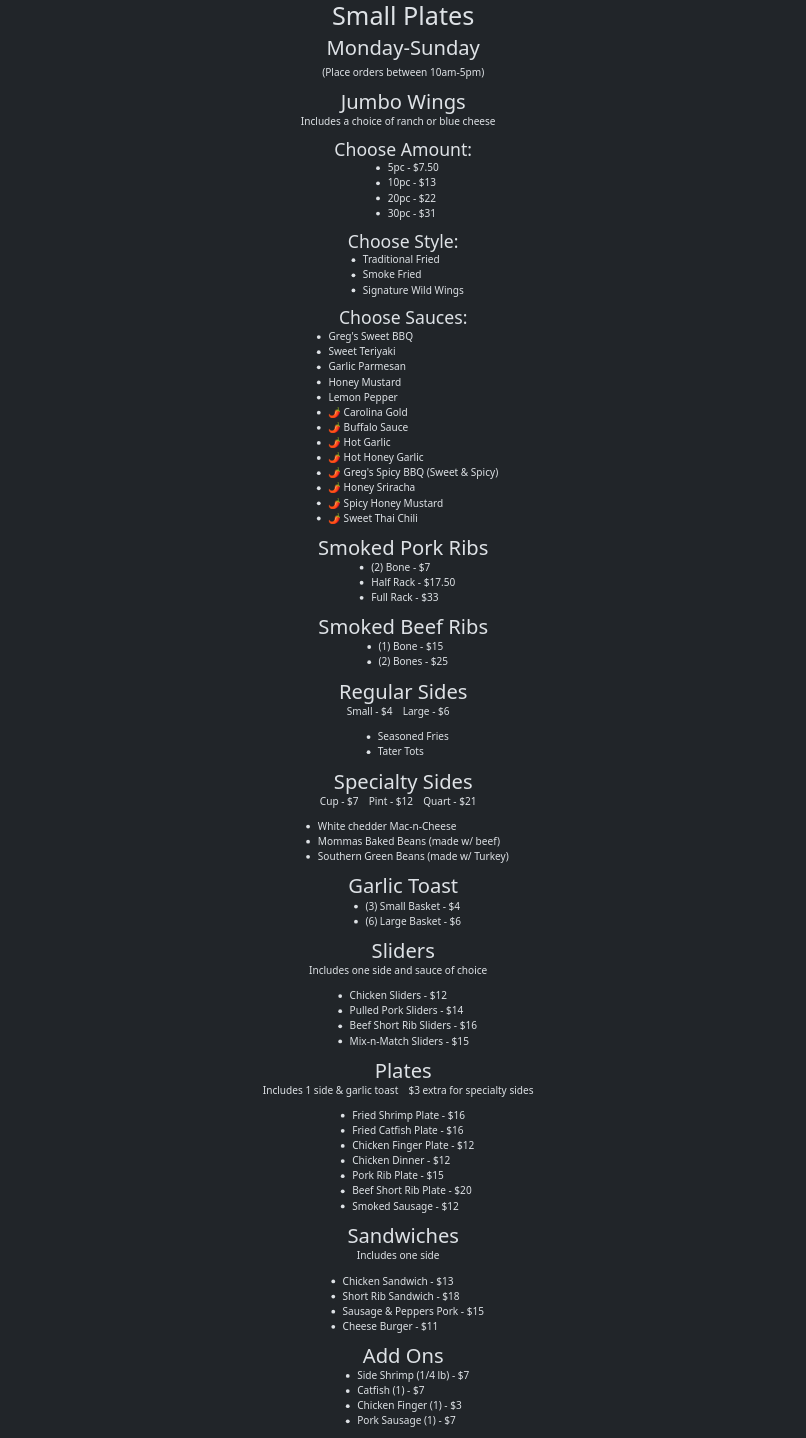
Repository: dukedward/smokehousemenu
Page: plates/index.html
An editor plug-in stored every save of this project. The page is shown before and after the next save, followed by the edit.
The browser window is 1280 px wide. The pictures show the whole page, at 63% of full size.
Some web libraries are served in a nearby version.

Above is the page before, as saved 2023-03-01 09:16:51.

### plates/index.html
<!DOCTYPE html>
<html lang="en" data-bs-theme="dark">
<head>
    <meta charset="UTF-8">
    <meta http-equiv="X-UA-Compatible" content="IE=edge">
    <meta name="viewport" content="wilih=device-wilih, initial-scale=1.0">
    <link rel="stylesheet" href="https://cdnjs.cloudflare.com/ajax/libs/font-awesome/6.3.0/css/all.min.css" integrity="sha512-SzlrxWUlpfuzQ+pcUCosxcglQRNAq/DZjVsC0lE40xsADsfeQoEypE+enwcOiGjk/bSuGGKHEyjSoQ1zVisanQ==" crossorigin="anonymous" referrerpolicy="no-referrer" />
    <link href="https://cdn.jsdelivr.net/npm/bootstrap@5.3.0-alpha1/dist/css/bootstrap.min.css" rel="stylesheet" integrity="sha384-GLhlTQ8iRABdZLl6O3oVMWSktQOp6b7In1Zl3/Jr59b6EGGoI1aFkw7cmDA6j6gD" crossorigin="anonymous">
    <link rel="stylesheet" href="../style.css" />
    <title>Small Plates</title>
</head>
<body>
    <div class="title">
        <h1>Small Plates</h1>
        <h2>Monday-Sunday</h2>
        <p>(Place orders between 10am-5pm)</p>
    </div>
    <div class="sections">
        <div class="sect">
            <h2>Jumbo Wings</h2>
            <div class="desc">
                <p>Includes a choice of ranch or blue cheese</p>
            </div>
            <div class="sub-sect">
                <h3>Choose Amount:</h3>
                <ul>
                    <li>5pc - $7.50</li>
                    <li>10pc - $13</li>
                    <li>20pc - $22</li>
                    <li>30pc - $31</li>
                </ul>
            </div>
            <div class="sub-sect">
                <h3>Choose Style:</h3>
                <ul>
                    <li>Traditional Fried</li>
                    <li>Smoke Fried</li>
                    <li>Signature Wild Wings</li>
                </ul>
            </div>
            <div class="sub-sect">
                <h3>Choose Sauces:</h2>
                <ul>
                    <li>Greg's Sweet BBQ</li>
                    <li>Sweet Teriyaki</li>
                    <li>Garlic Parmesan</li>
                    <li>Honey Mustard</li>
                    <li>Lemon Pepper</li>
                    <li>🌶️ Carolina Gold</li>
                    <li>🌶️ Buffalo Sauce</li>
                    <li>🌶️ Hot Garlic</li>
                    <li>🌶️ Hot Honey Garlic</li>
                    <li>🌶️ Greg's Spicy BBQ (Sweet & Spicy)</li>
                    <li>🌶️ Honey Sriracha</li>
                    <li>🌶️ Spicy Honey Mustard</li>
                    <li>🌶️ Sweet Thai Chili</li>
                </ul>
            </div>
        </div>
        <div class="sect">
            <h2>Smoked Pork Ribs</h2>
            <ul>
                <li>(2) Bone - $7</li>
                <li>Half Rack - $17.50</li>
                <li>Full Rack - $33</li>
            </ul>
        </div>
        <div class="sect">
            <h2>Smoked Beef Ribs</h2>
            <ul>
                <li>(1) Bone - $15</li>
                <li>(2) Bones - $25</li>
            </ul>
        </div>
        <div class="sect">
            <h2>Regular Sides</h2>
            <div class="desc">
                <p>Small - $4</p>
                <p>Large - $6</p>
            </div>
            <ul>
                <li>Seasoned Fries</li>
                <li>Tater Tots</li>
            </ul>
        </div>
        <div class="sect">
            <h2>Specialty Sides</h2>
            <div class="desc">
                <p>Cup - $7</p>
                <p>Pint - $12</p>
                <p>Quart - $21</p>
            </div>
            <ul>
                <li>White chedder Mac-n-Cheese</li>
                <li>Mommas Baked Beans (made w/ beef)</li>
                <li>Southern Green Beans (made w/ Turkey)</li>
            </ul>
        </div>
        <div class="sect">
            <h2>Garlic Toast</h2>
            <ul>
                <li>(3) Small Basket - $4</li>
                <li>(6) Large Basket - $6</li>
            </ul>
        </div>
        <div class="sect">
            <h2>Sliders</h2>
            <div class="desc">
                <p>Includes one side and sauce of choice</p>
            </div>
            <ul>
                <li>Chicken Sliders - $12</li>
                <li>Pulled Pork Sliders - $14</li>
                <li>Beef Short Rib Sliders - $16</li>
                <li>Mix-n-Match Sliders - $15</li>
            </ul>
        </div>
        <div class="sect">
            <h2>Plates</h2>
            <div class="desc">
                <p>Includes 1 side & garlic toast</p>
                <p>$3 extra for specialty sides</p>
            </div>
            <ul>
                <li>Fried Shrimp Plate - $16</li>
                <li>Fried Catfish Plate - $16</li>
                <li>Chicken Finger Plate - $12</li>
                <li>Chicken Dinner - $12</li>
                <li>Pork Rib Plate - $15</li>
                <li>Beef Short Rib Plate - $20</li>
                <li>Smoked Sausage - $12</li>
            </ul>
        </div>
        <div class="sect">
            <h2>Sandwiches</h2>
            <div class="desc">
                <p>Includes one side</p>
            </div>
            <ul>
                <li>Chicken Sandwich - $13</li>
                <li>Short Rib Sandwich - $18</li>
                <li>Sausage & Peppers Pork - $15</li>
                <li>Cheese Burger - $11</li>
            </ul>
        </div>
        <div class="sect">
            <h2>Add Ons</h2>
            <ul>
                <li>Side Shrimp (1/4 lb) - $7</li>
                <li>Catfish (1) - $7</li>
                <li>Chicken Finger (1) - $3</li>
                <li>Pork Sausage (1) - $7</li>
            </ul>
        </div>
    </div>
    <script src="https://cdn.jsdelivr.net/npm/bootstrap@5.3.0-alpha1/dist/js/bootstrap.bundle.min.js" integrity="sha384-w76AqPfDkMBDXo30jS1Sgez6pr3x5MlQ1ZAGC+nuZB+EYdgRZgiwxhTBTkF7CXvN" crossorigin="anonymous"></script>
</body>
</html>

### style.css
/* * {
	margin: 0;
	padding: 0;
} */

/* body {
    background-color: #212529;
}




.title h1,h2,p {
    margin-bottom: 0;
}


dt {
    font-size: medium;
    font-weight: bold;
}

dd {
    margin-bottom: 1rem;
}

h1,h2,h3,ul,li,p {
    color: #fff;
} */

.container {
    height: 100vh;
}

.title {
	display: flex;
	flex-direction: column;
	justify-content: center;
	align-items: center;
}

.sections {
	display: grid;
}

.sect, .sub-sect {
	display: flex;
	flex-direction: column;
	justify-content: left;
	align-items: center;
}

.sect h2,h3 {
    margin-bottom: 0;
}

.desc {
    display: flex;
    flex-direction: row;
    justify-content: space-between;
}

.desc p {
    padding-right: 1rem;
}

After the next save:
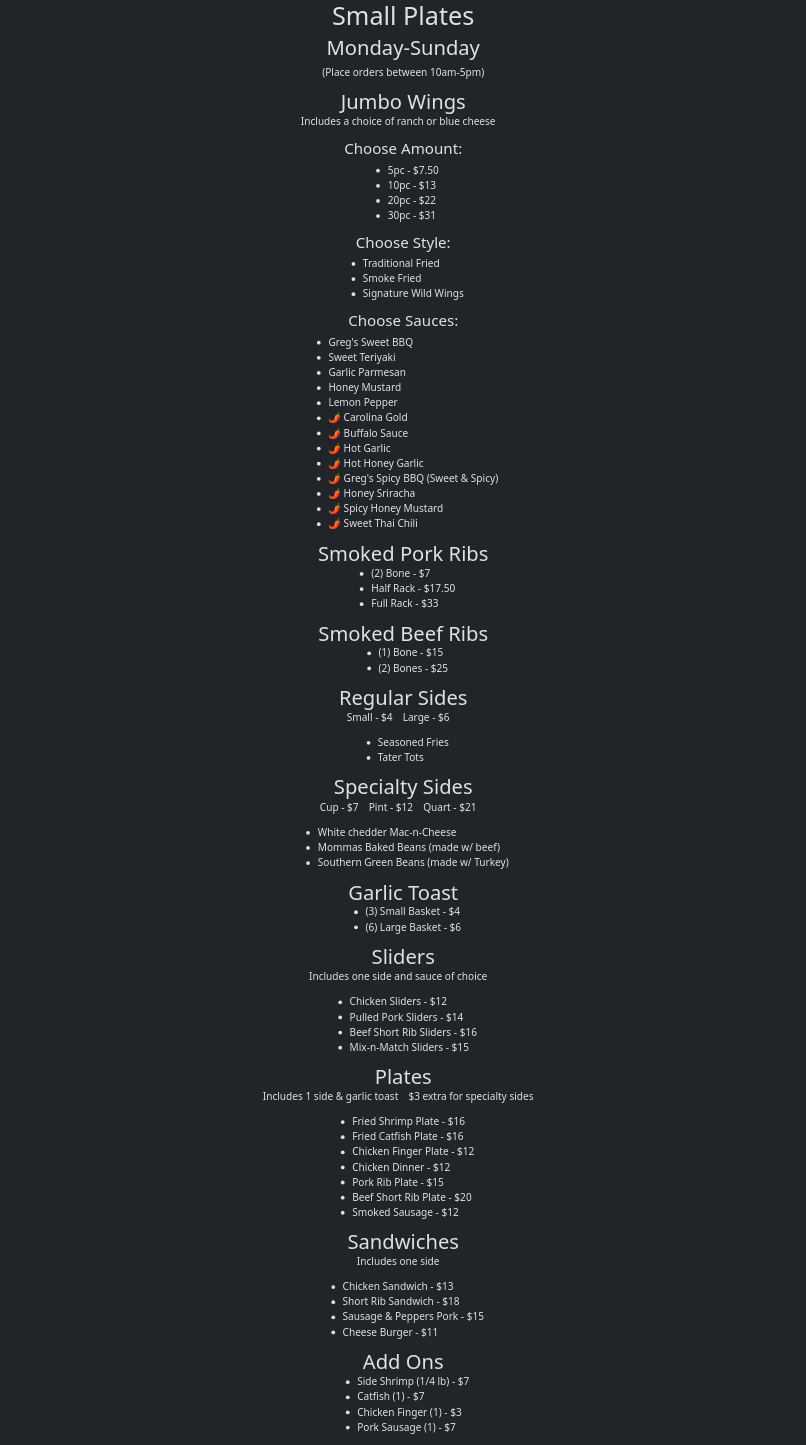
Saved 75 s later.
--- a/plates/index.html
+++ b/plates/index.html
@@ -22,7 +22,7 @@
                 <p>Includes a choice of ranch or blue cheese</p>
             </div>
             <div class="sub-sect">
-                <h3>Choose Amount:</h3>
+                <h4>Choose Amount:</h4>
                 <ul>
                     <li>5pc - $7.50</li>
                     <li>10pc - $13</li>
@@ -31,7 +31,7 @@
                 </ul>
             </div>
             <div class="sub-sect">
-                <h3>Choose Style:</h3>
+                <h4>Choose Style:</h4>
                 <ul>
                     <li>Traditional Fried</li>
                     <li>Smoke Fried</li>
@@ -39,7 +39,7 @@
                 </ul>
             </div>
             <div class="sub-sect">
-                <h3>Choose Sauces:</h2>
+                <h4>Choose Sauces:</h4>
                 <ul>
                     <li>Greg's Sweet BBQ</li>
                     <li>Sweet Teriyaki</li>
